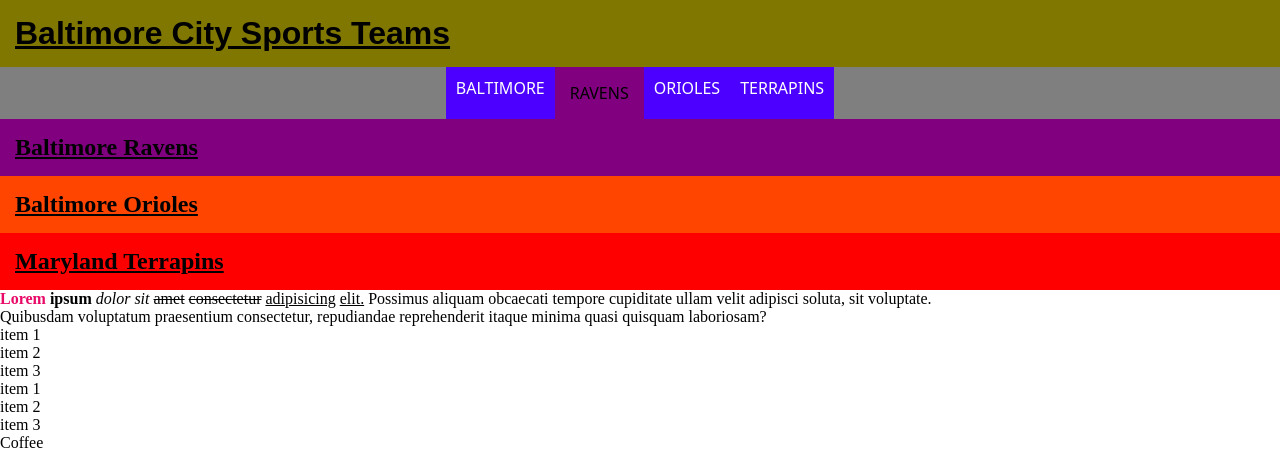
Repository: danilodscosta/CursoHTML
Page: index.html
These files come from the project's save history. The page is drawn as it stood at one moment and after the next save; the edit follows.
The browser window is 1280 px wide. The pictures show the part of the page from y = 0 to 452 px (the page is 1042 px tall).
A picture or video elsewhere on the page could not be fetched, so the positions and the page height are approximate.

Above is the page before, as saved 2023-10-25 18:06:31.

After the next save:
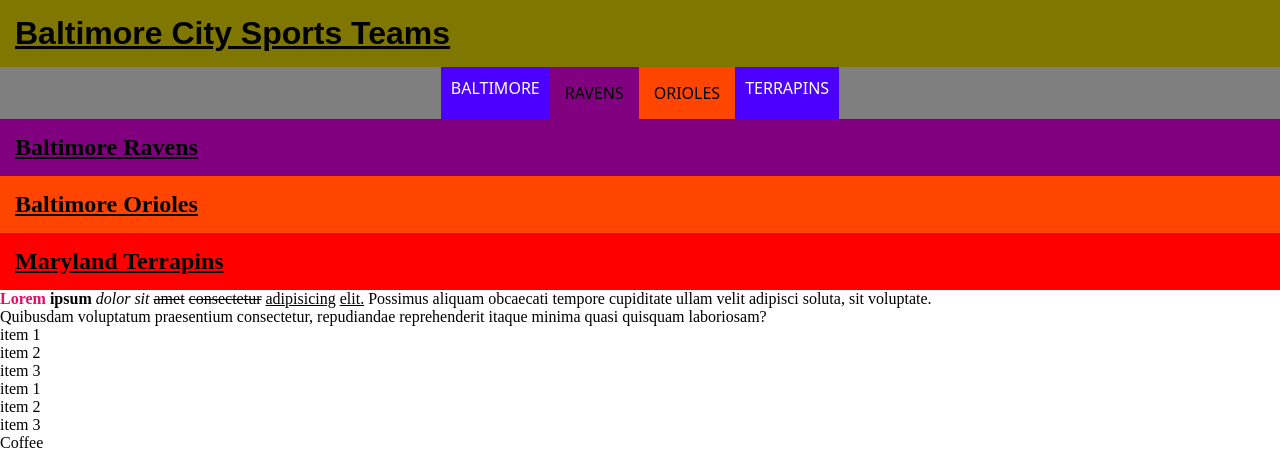
Saved 11 s later.
--- a/index.html
+++ b/index.html
@@ -144,7 +144,7 @@
         <ul>
             <li><a href="https://www.baltimorecity.gov/" target="_blank">baltimore</a></li>
             <li><a id="ravens" href="#">ravens</a></li>
-            <li><a href="#">orioles</a></li>
+            <li><a id="orioles" href="#">orioles</a></li>
             <li><a href="#">Terrapins</a></li>
         </ul>
     </nav>
